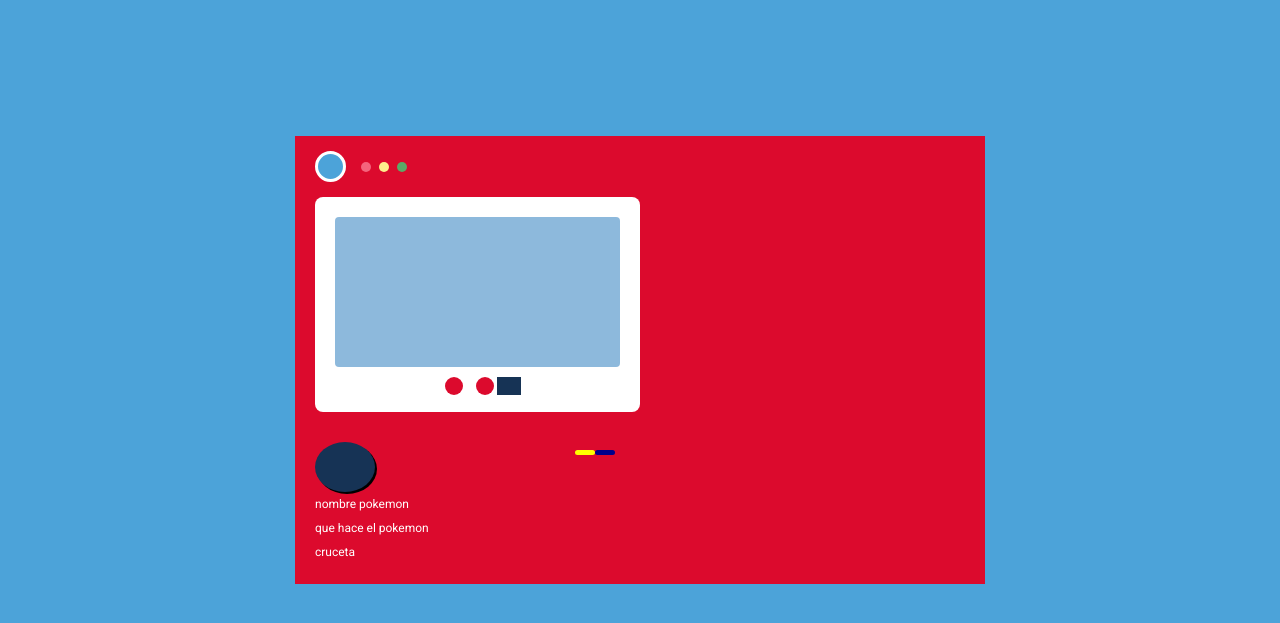
Repository: darkmantiz2/pokedex
Page: index.html
An editor plug-in stored every save of this project. The page is shown before and after the next save, followed by the edit.
The browser window is 1280 px wide. The pictures show the whole page.

Above is the page before, as saved 2022-01-19 18:09:31.

### index.html
<!DOCTYPE html>
<html lang="en">
  <head>
    <meta charset="UTF-8" />
    <meta http-equiv="X-UA-Compatible" content="IE=edge" />
    <meta name="viewport" content="width=device-width, initial-scale=1.0" />
    <link
      href="https://fonts.googleapis.com/css2?family=Roboto&display=swap"
      rel="stylesheet"
    />
    <link rel="stylesheet" href="./css/index.css" />
    <title>Pokedex</title>
  </head>
  <body>
    <div class="container">
      <section class="pokedex">
        <div class="pokedex-info">
          <div class="pokedex-cam">
            <span class="pokedex-cam-circle-blue"></span>
            <span class="pokedex-cam-circle-red"></span>
            <span class="pokedex-cam-circle-yellow"></span>
            <span class="pokedex-cam-circle-green"></span>
          </div>
          <div class="pokedex-screen">
            <div class="pokedex-screen-pokemon"></div>
            <div class="pokedex-screen-redpoint1"></div>
            <div class="pokedex-screen-redpoint2"></div>
            <div class="pokedex-screen-lines"></div>
          </div>

          <div class="pokedex-buttons">
            <div class="pokedex-buttons-circle"></div>
            <div class="pokedex-buttons-yellow"></div>
          <div class="pokedex-buttons-darkblue"></div>
        </div>
          <div class="container-info">
            <div class="pokemon-name">nombre pokemon</div>
            <div class="pokemon-description">que hace el pokemon</div>
            <div class="select-button">cruceta</div>
          </div>
        </div>
        <div class="pokedex-stats"></div>
      </section>
    </div>
  </body>
</html>

### css/index.css

:root {
  --white: #fffffe;
  --black: #300f16;
  --primary: #dc0a2d;
  --green:#5baa67;
  --red :#f4647d ;
  --yellow-light:#feef8d;
  --secondary: #163355;
  --blue: #4ca3d9;
  --body1: 400 0.75rem/1.5rem Roboto;
  --body3: 400 0.5rem/0.4556451737880707rem Roboto;
  --body2-regular: 400 0.75rem/1.375rem Space Mono;
}

body {
  color: var(--white);
  background-color: var(--blue);
  font: var(--body1);
  margin: 0;

}

.container {
  display: flex;
  justify-content: center;
  align-items: center;
  height: 100vh;
}

.pokedex{
  background-color: var(--primary);
  width: 650px;
  display: flex;
  justify-content: center;
  align-items: center;
  padding: 15px 20px 20px 20px;

}

.pokedex-info {
  width: 50%;
}

.pokedex-stats {
  width: 50%;
}

.pokedex-cam{
  display: flex;
  align-items: center;
  padding-bottom: 15px;
}

.pokedex-cam-circle-blue {
  display: inline-block;
  width: 25px;
  height: 25px;
  border-radius: 50%;
  background: var(--blue);
  border: 3px solid white;
  margin-right: 15px;
}

.pokedex-cam-circle-red{
  display: inline-block;
  width: 10px;
  height: 10px;
  border-radius: 50%;
  background: var(--red);
  margin-right: 8px;
}

.pokedex-cam-circle-yellow{
  display: inline-block;
  width: 10px;
  height: 10px;
  border-radius: 50%;
  background: var(--yellow-light);
  margin-right: 8px;
}

.pokedex-cam-circle-green{
  display: inline-block;
  width: 10px;
  height: 10px;
  border-radius: 50%;
  background: var(--green);
  margin-right: 8px;
}

.pokedex-screen{
  background: white;
  width: 100%;
  height: 215px;
  border-radius: 8px;
  padding: 20px;
  box-sizing: border-box;
}

.pokedex-screen-pokemon {
  background: #8db9dc;
  height: 150px;
  border-radius: 4px;

}

.pokedex-screen-redpoint1{
  display: inline-block;
  width: 18px;
  height: 18px;
  border-radius: 50%;
  background: var(--primary);
  margin-left: 110px;
  margin-top: 10px;
}

.pokedex-screen-redpoint2{
  display: inline-block;
  width: 18px;
  height: 18px;
  border-radius: 50%;
  background: var(--primary);
  margin-left: 10px;
}

.pokedex-screen-lines{
  display: inline-block;
  width: 24px;
  height: 18px;
  background: var(--secondary);1
}

.pokedex-buttons{
  box-sizing: border-box;
  align-items: center;
  display: flex;
}

.pokedex-buttons-circle{
  width: 50px;
  height: 50px;
  border-radius: 50%;
  background: var(--secondary);
  margin-top: 30px;
  margin-right: 200px;
  box-shadow: 2px 2px black;
  padding-right: 10px;
}

.pokedex-buttons-yellow{
  width: 20px;
  height: 5px;
  border-radius: 4px;
  background: yellow;
}

.pokedex-buttons-darkblue{
  width: 20px;
  height: 5px;
  border-radius: 4px;
  background: darkblue;

}

After the next save:
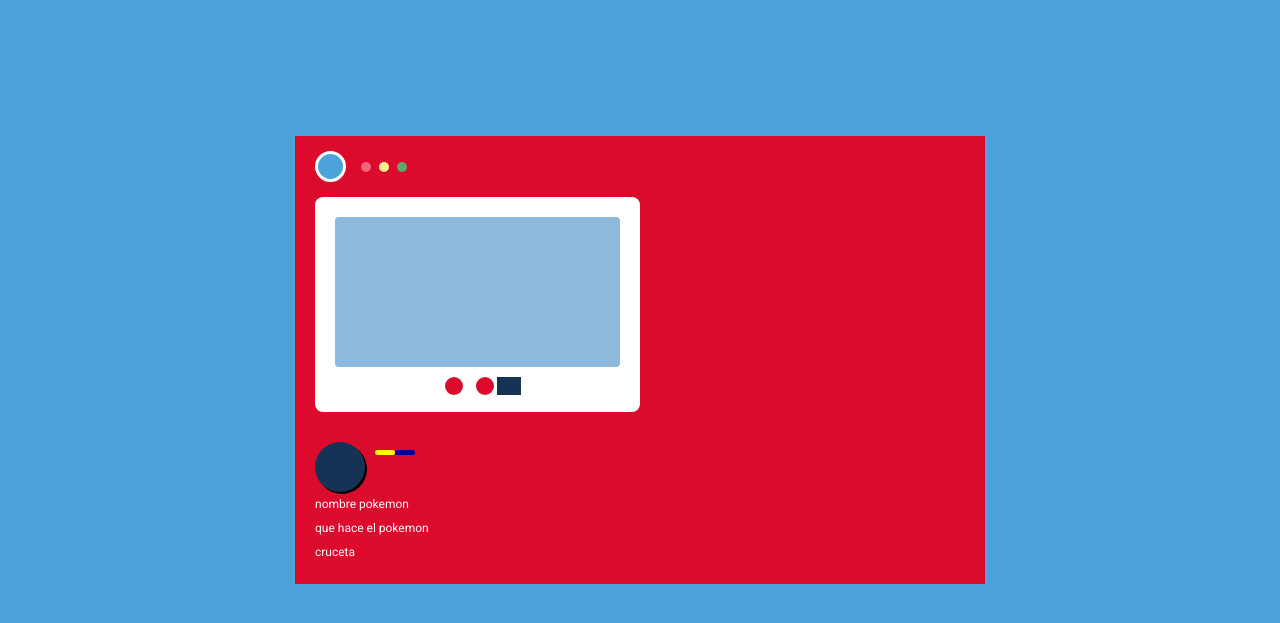
Saved 16 s later.
--- a/css/index.css
+++ b/css/index.css
@@ -145,7 +145,7 @@
   margin-top: 30px;
   margin-right: 200px;
   box-shadow: 2px 2px black;
-  padding-right: 10px;
+  margin-right: 10px;
 }
 
 .pokedex-buttons-yellow{
